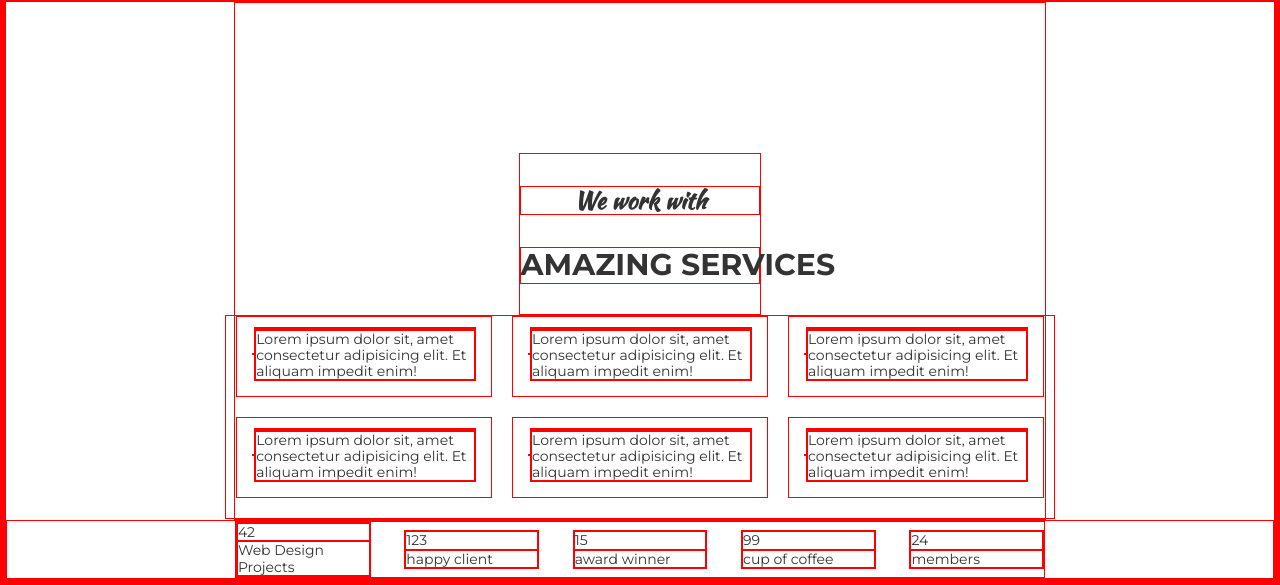
Repository: nataliiasaltan/Homework
Page: index.html
The author's editor kept a copy of each file at every save. The page is drawn from the files as they stood at one save, then again after the next save.
The browser window is 1280 px wide. The pictures show the part of the page from y = 901 to 1502 px (the page is 1486 px tall before and 1502 px after).

Above is the page before, as saved 2020-02-27 10:41:48.

After the next save:
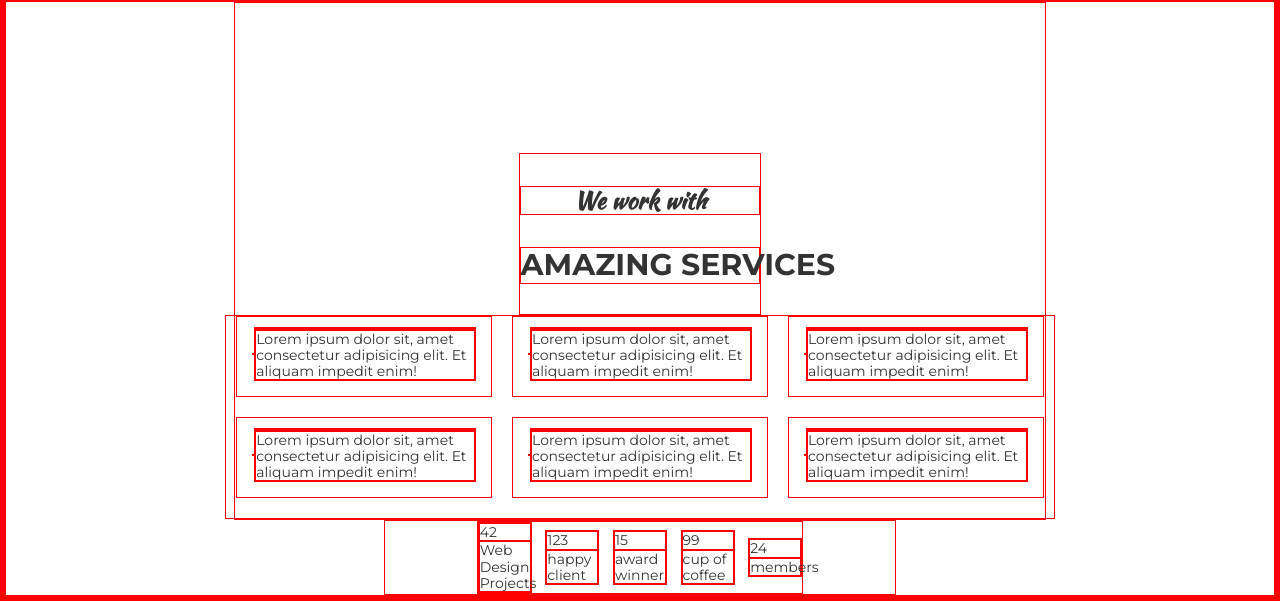
Saved 2 min 9 s later.
--- a/css/style.css
+++ b/css/style.css
@@ -170,6 +170,13 @@ header{
     cursor: pointer;
 }
 
+.service__wrapper{
+    display: flex;
+    flex-direction: column;
+    justify-content: space-between;
+    align-items: center;
+}
+
 .title-holder{
     max-width: 30%;
     margin: 150px auto 0;
